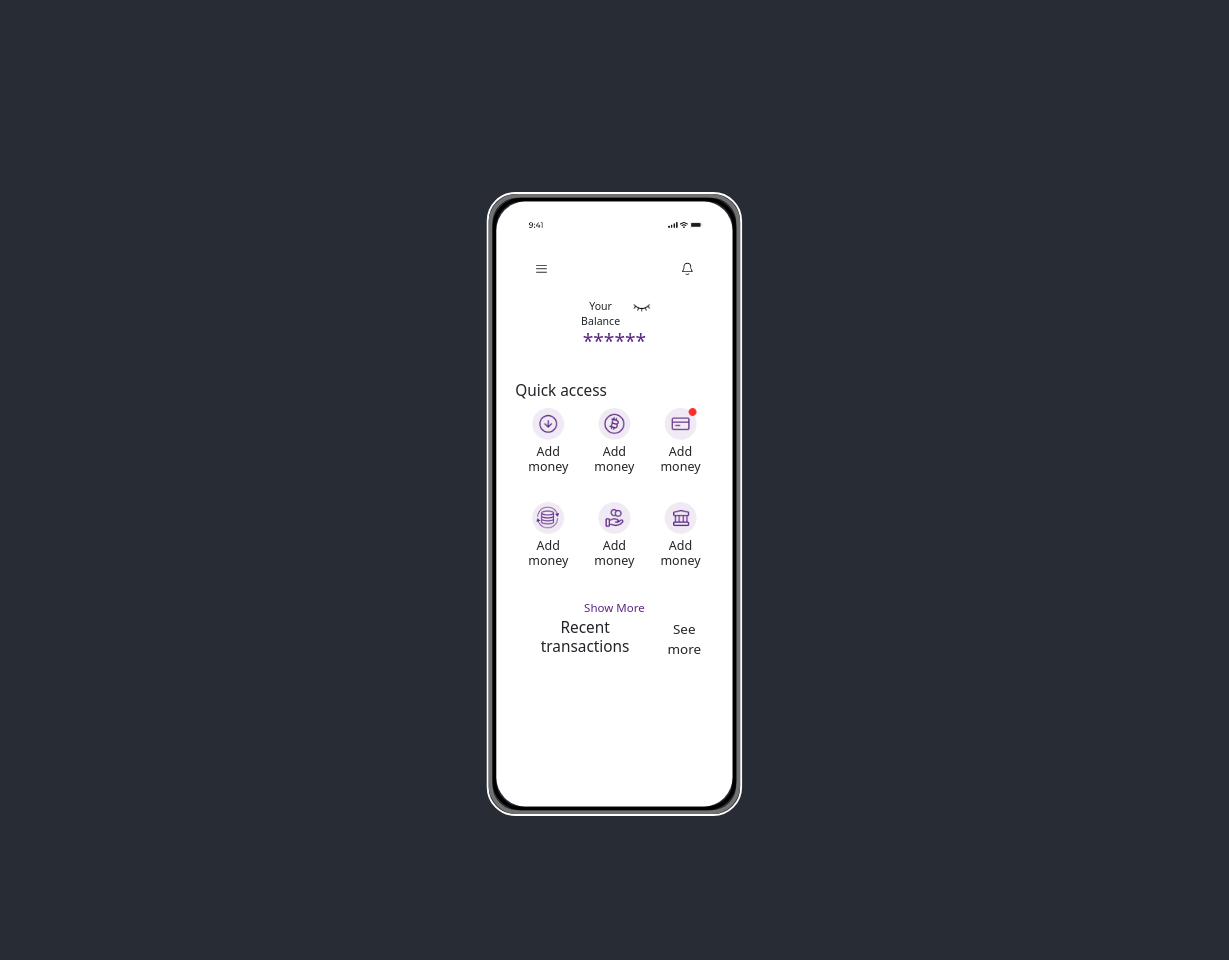
Repository: sarahnnanyelugo/fcmb-hackathon
Page: /
The author's editor kept a copy of each file at every save. The page is drawn from the files as they stood at one save, then again after the next save.
The browser window is 1280 px wide. The pictures show the whole page, at 96% of full size.
The project was rebuilt for these pictures with package versions that can differ from the ones it lists, and the page was loaded fresh each time.

Above is the page before, as saved 2023-10-28 18:40:22.

### src/App.js
import "bootstrap/dist/css/bootstrap.min.css";
import Top from "./assets/images/top.png";
import Menu from "./assets/images/menu.png";
import Bell from "./assets/images/bell.png";
import Eye from "./assets/images/eye.png";
import Eye2 from "./assets/images/eye2.png";
import Add from "./assets/images/add.png";
import Transfer from "./assets/images/trans.png";
import Card from "./assets/images/atm.png";
import Mobile from "./assets/images/topup.png";
import Lending from "./assets/images/lend.png";
import Data from "./assets/images/data.png";
import "./App.scss";
import { useState } from "react";

function App() {
  const [showBalance, setShowBalance] = useState(false);
  const [balance, setBalance] = useState("");

  const toggleShowBalance = () => {
    setShowBalance(!showBalance);
  };
  return (
    <>
      <div className="app-header">
        <center>
          <div className="col-md-3">
            <center>
              <div className="col-md-10 app">
                <div className="app-inner">
                  <div className="app-inner2">
                    <div className="app-face">
                      <img src={Top} alt="icon" width="100%" />
                      <div className="flexy" style={{ padding: "20px" }}>
                        <div className="col-md-1 ">
                          {" "}
                          <img src={Menu} alt="icon" width="100%" />
                        </div>
                        <div className="col-md-1 offset-md-10">
                          {" "}
                          <img src={Bell} alt="icon" width="100%" />
                        </div>
                      </div>
                      <center>
                        <div className="col-md-5 balance">
                          <div className="flexy">
                            <small className="col-md-8"> Your Balance </small>
                            <span
                              onClick={toggleShowBalance}
                              className="col-md-4"
                            >
                              {showBalance ? (
                                <img
                                  className=""
                                  src={Eye}
                                  alt="Scholar"
                                  width="60%"
                                />
                              ) : (
                                <img
                                  className=""
                                  src={Eye2}
                                  alt="Scholar"
                                  width="80%"
                                />
                              )}
                            </span>
                          </div>
                          <h5>{showBalance ? "₦2,000" : "******"}</h5>
                        </div>
                      </center>
                      <h6 style={{ float: "left" }}>Quick access</h6>
                      <div className="flexy col-md-12 access">
                        <div className="col-md-4">
                          {" "}
                          <img src={Add} alt="icon" width="50%" />
                          <h6>Add money</h6>
                        </div>
                        <div className="col-md-4">
                          {" "}
                          <img src={Transfer} alt="icon" width="50%" />
                          <h6>Add money</h6>
                        </div>
                        <div className="col-md-4">
                          {" "}
                          <img src={Card} alt="icon" width="50%" />
                          <h6>Add money</h6>
                        </div>
                      </div>
                      <div className="flexy col-md-12 access2">
                        <div className="col-md-4">
                          {" "}
                          <img src={Mobile} alt="icon" width="50%" />
                          <h6>Add money</h6>
                        </div>
                        <div className="col-md-4">
                          {" "}
                          <img src={Lending} alt="icon" width="50%" />
                          <h6>Add money</h6>
                        </div>
                        <div className="col-md-4">
                          {" "}
                          <img src={Data} alt="icon" width="50%" />
                          <h6>Add money</h6>
                        </div>
                      </div>
                      <a href="#">Show More</a>
                      <div className="flexy">
                        <h6>Recent transactions</h6>
                        <small>See more</small>
                      </div>
                    </div>
                  </div>
                </div>
              </div>
            </center>
          </div>
        </center>
      </div>
    </>
  );
}

export default App;

### src/App.scss
.app-header {
  background-color: #282c34;
  height: 1000px;
  padding-top: 200px;
  width: 100%;
}

.app {
  border: solid 2px #fff;
  height: 650px;
  border-radius: 30px;
}
.app-inner {
  border: solid 4px #717171;
  height: 100%;
  border-radius: 30px;
}
.app-inner2 {
  border: solid 4px #000;
  height: 100%;
  border-radius: 30px;
}
.app-face {
  background: #fff;
  height: 100%;
  border-radius: 30px;
  padding: 10px 20px;
  a {
    color: #5c2684;
    text-decoration: none;
    font-size: 12px;
  }
}
.flexy {
  display: flex;
}
.flexy1 {
  flex-grow: 1;
}
.balance {
  h5 {
    color: #5c2684;
    margin-bottom: 30px;
  }
  small {
    font-size: 11px;
  }
  img {
    margin-top: -10px;
  }
}
.access {
  margin-top: 50px;
  h6 {
    font-size: 13px;
    margin-top: 5px;
  }
}
.access2 {
  margin-top: 20px;
  margin-bottom: 20px;
  h6 {
    font-size: 13px;
    margin-top: 5px;
  }
}

Loaded but not shown: public/index.html (common file); src/index.js (common file); src/index.css (common file); src/reportWebVitals.js (common file)

After the next save:
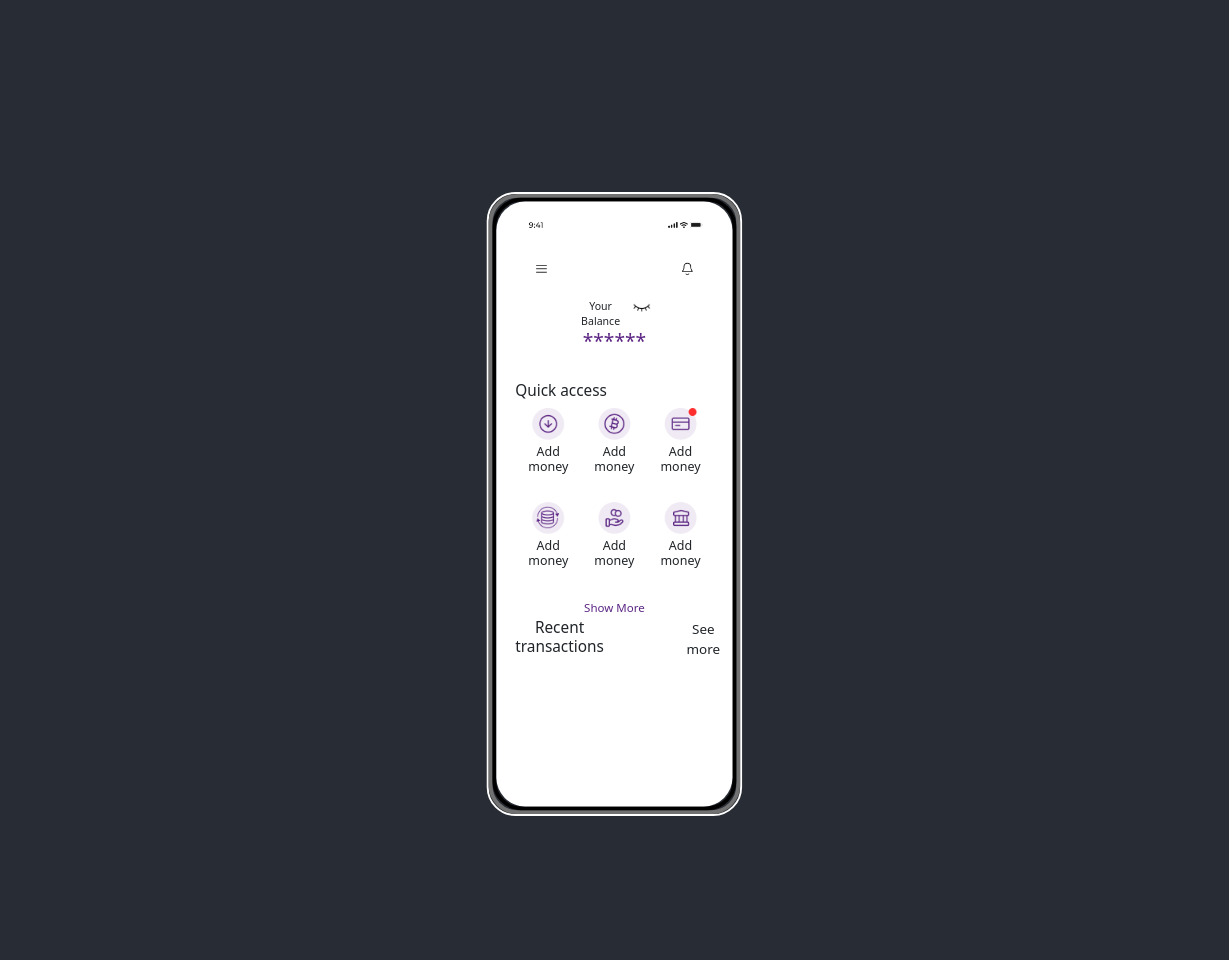
Saved 18 s later.
--- a/src/App.js
+++ b/src/App.js
@@ -107,7 +107,7 @@ function App() {
                       <a href="#">Show More</a>
                       <div className="flexy">
                         <h6>Recent transactions</h6>
-                        <small>See more</small>
+                        <small className="offset-md-5">See more</small>
                       </div>
                     </div>
                   </div>
